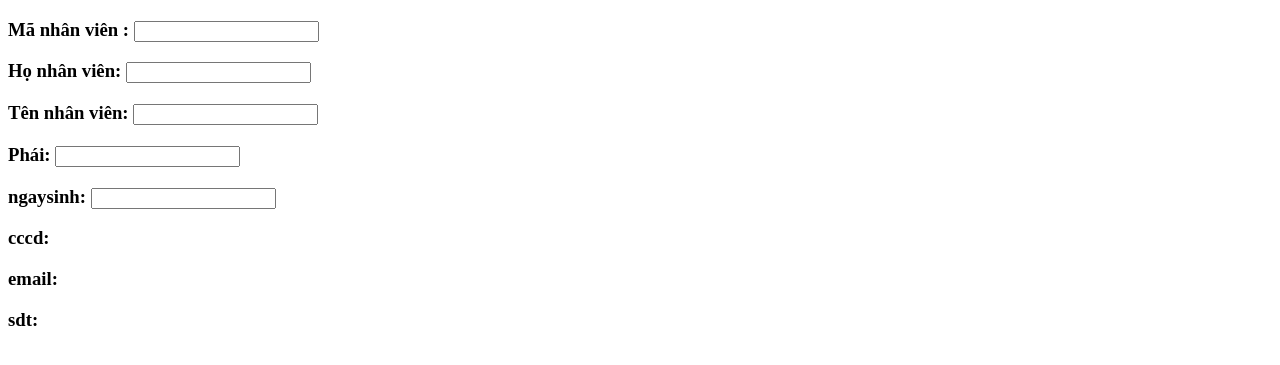
Repository: QuanghuyK1/CNPM
Page: http://localhost/CNPM/WEB-INF/views/admin/info.jsp
The author's editor kept a copy of each file at every save. The page is drawn from the files as they stood at one save, then again after the next save.
The browser window is 1280 px wide. The pictures show the whole page.
The page is served by Tomcat 9. Nobody is signed in. The template is opened directly, without the code that normally fills it, so the values that code supplies are empty.

Above is the page before, as saved 2022-04-21 10:04:06.

After the next save:
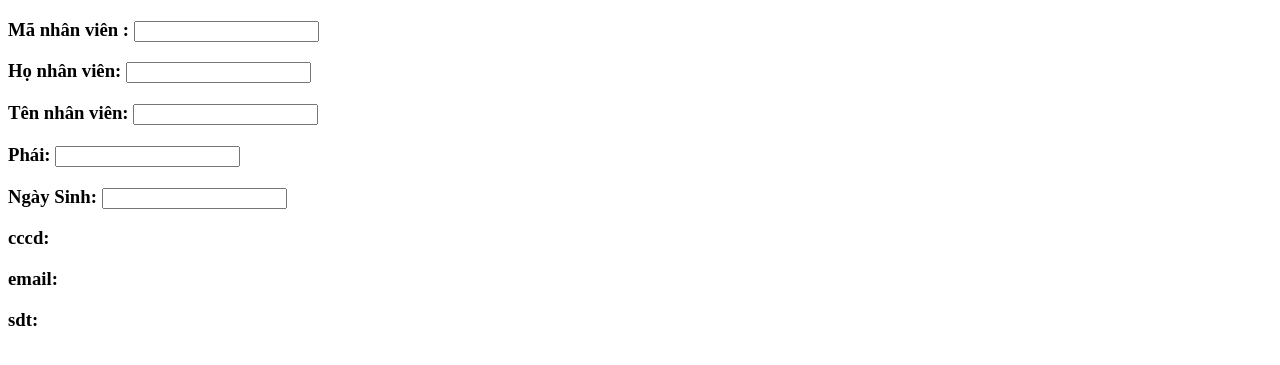
Saved 5 s later.
--- a/CNPM-main/WebXeKhach/CNPM/src/main/webapp/WEB-INF/views/admin/info.jsp
+++ b/CNPM-main/WebXeKhach/CNPM/src/main/webapp/WEB-INF/views/admin/info.jsp
@@ -21,7 +21,7 @@
 				<c:when test="${nv.phai != 'NULL' }"><input path = "phai" value = ${nv.phai }></c:when>
 			</c:choose>
 		</h3>
-		<h3>ngaysinh:
+		<h3>Ngày Sinh:
 			<c:choose>
 				<c:when test="${date == 'NULL' }"><c:out value="Chưa có"></c:out></c:when>
 				<c:when test="${date != 'NULL' }"><input path = "date" value = ${nv.date }></c:when>
